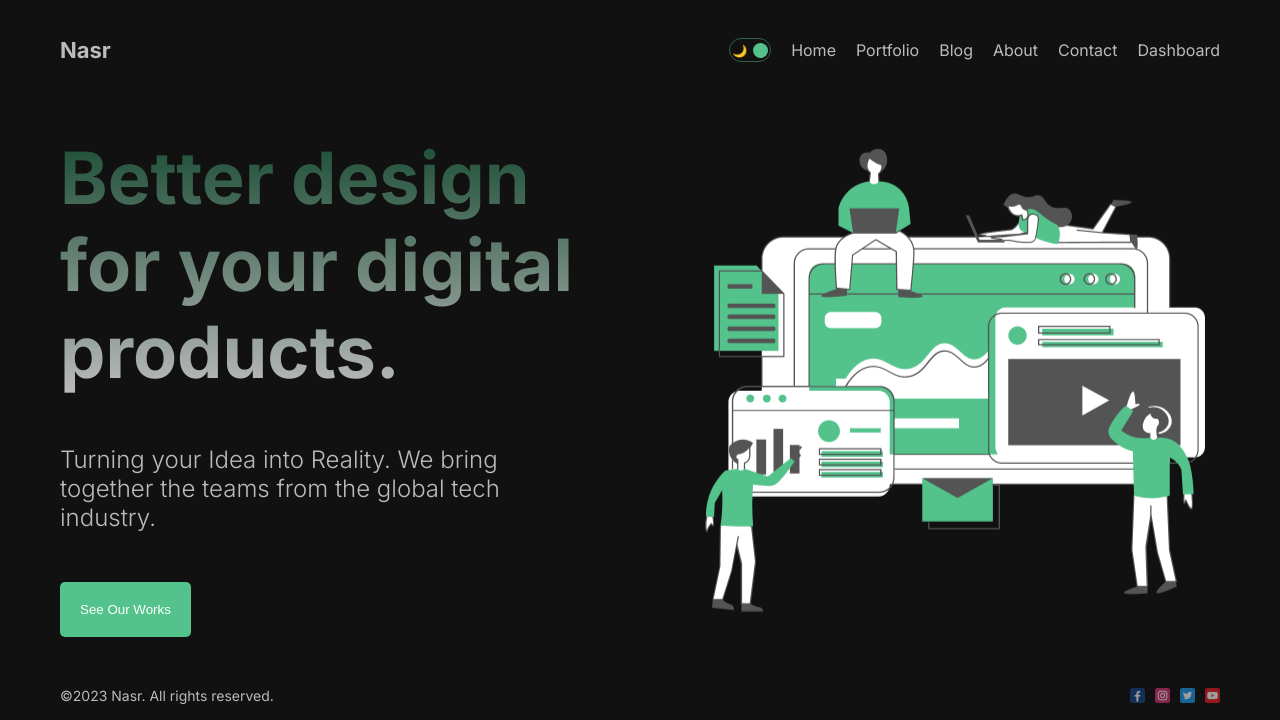
Repository: MoNasr2022/Nast-Blog
Page: /
These files come from the project's save history. The page is drawn as it stood at one moment and after a run of saves; the edit follows.
The browser window is 1280 px wide. The pictures show the whole page.
The page's requests for data from a server got no answer. The project was rebuilt for these pictures with package versions that can differ from the ones it lists, and the page was loaded fresh each time. The framework's server and built-in components were replaced by stand-ins that run in the browser. No one was signed in, and anything a server would have sent is missing. Also part of the build but not shown: next.config.js.

Above is the page before, as saved 2023-06-15 14:19:04.

### src/app/layout.js
import Navbar from "@/components/navbar/Navbar";
import "./globals.css";
import { Inter, Roboto, Poppins } from "next/font/google";
import Footer from "@/components/footer/Footer";
import { ThemeProvider } from "@/context/ThemeContext";
import AuthProvider from "@/components/AuthProvider/AuthProvider";

const inter = Inter({ subsets: ["latin"] });

export const metadata = {
  title: "Nasr Blog",
  description: "This is the description",
};

export default function RootLayout({ children }) {
  return (
    <html lang="en">
      <body className={inter.className}>
        <ThemeProvider>
          <AuthProvider>
            <div className="container">
              <Navbar />
              {children}
              <Footer />
            </div>
          </AuthProvider>
        </ThemeProvider>
      </body>
    </html>
  );
}

### src/components/navbar/Navbar.jsx
"use client";

import Link from "next/link";
import React from "react";
import styles from "./navbar.module.css";
import DarkModeToggle from "../DarkModeToggle/DarkModeToggle";
import { signOut, useSession } from "next-auth/react";

const links = [
  {
    id: 1,
    title: "Home",
    url: "/",
  },
  {
    id: 2,
    title: "Portfolio",
    url: "/portfolio",
  },
  {
    id: 3,
    title: "Blog",
    url: "/blog",
  },
  {
    id: 4,
    title: "About",
    url: "/about",
  },
  {
    id: 5,
    title: "Contact",
    url: "/contact",
  },
  {
    id: 6,
    title: "Dashboard",
    url: "/dashboard",
  },
];

const Navbar = () => {
  const session = useSession();

  return (
    <div className={styles.container}>
      <Link href="/" className={styles.logo}>
        Nasr
      </Link>
      <div className={styles.links}>
        <DarkModeToggle />
        {links.map((link) => (
          <Link key={link.id} href={link.url} className={styles.link}>
            {link.title}
          </Link>
        ))}
        {session.status === "authenticated" && (
          <button className={styles.logout} onClick={signOut}>
            Logout
          </button>
        )}
      </div>
    </div>
  );
};

export default Navbar;

### src/components/footer/Footer.jsx
import React from "react";
import styles from "./footer.module.css";
import Image from "next/image";

const Footer = () => {
  return (
    <div className={styles.container}>
      <div>©2023 Nasr. All rights reserved.</div>
      <div className={styles.social}>
        <Image src="/1.png" width={15} height={15} className={styles.icon} alt="Nasr Facebook Account" />
        <Image src="/2.png" width={15} height={15} className={styles.icon} alt="Nasr" />
        <Image src="/3.png" width={15} height={15} className={styles.icon} alt="Nasr" />
        <Image src="/4.png" width={15} height={15} className={styles.icon} alt="Nasr" />
      </div>
    </div>
  );
};

export default Footer;

### src/app/page.module.css
.container {
  display: flex;
  align-items: center;
  gap: 100px;
}

.item {
  flex: 1;
  display: flex;
  flex-direction: column;
  gap: 50px;
}

.title {
  font-size: 72px;
  background: linear-gradient(to bottom, #194c33, #bbb);
  -webkit-background-clip: text;
  -webkit-text-fill-color: transparent;
}

.img {
  width: 100%;
  height: 500px;
  object-fit: contain;
  animation: move 3s infinite ease alternate;
}

@keyframes move {
  from {
    transform: translateY(-10px);
  }

  to {
    transform: translateY(10px);
  }
}



.desc {
  font-size: 24px;
  font-weight: 300;
}

Loaded but not shown: src/app/page.jsx (common file); src/app/globals.css (common file); src/context/ThemeContext.js (common file); src/components/AuthProvider/AuthProvider.jsx (common file); src/components/Button/Button.jsx (common file); src/components/navbar/navbar.module.css (common file); src/components/DarkModeToggle/DarkModeToggle.jsx (common file); src/components/footer/footer.module.css (common file); src/components/Button/button.module.css (common file); src/components/DarkModeToggle/darkModeToggle.module.css (common file)

After the next 2 saves:
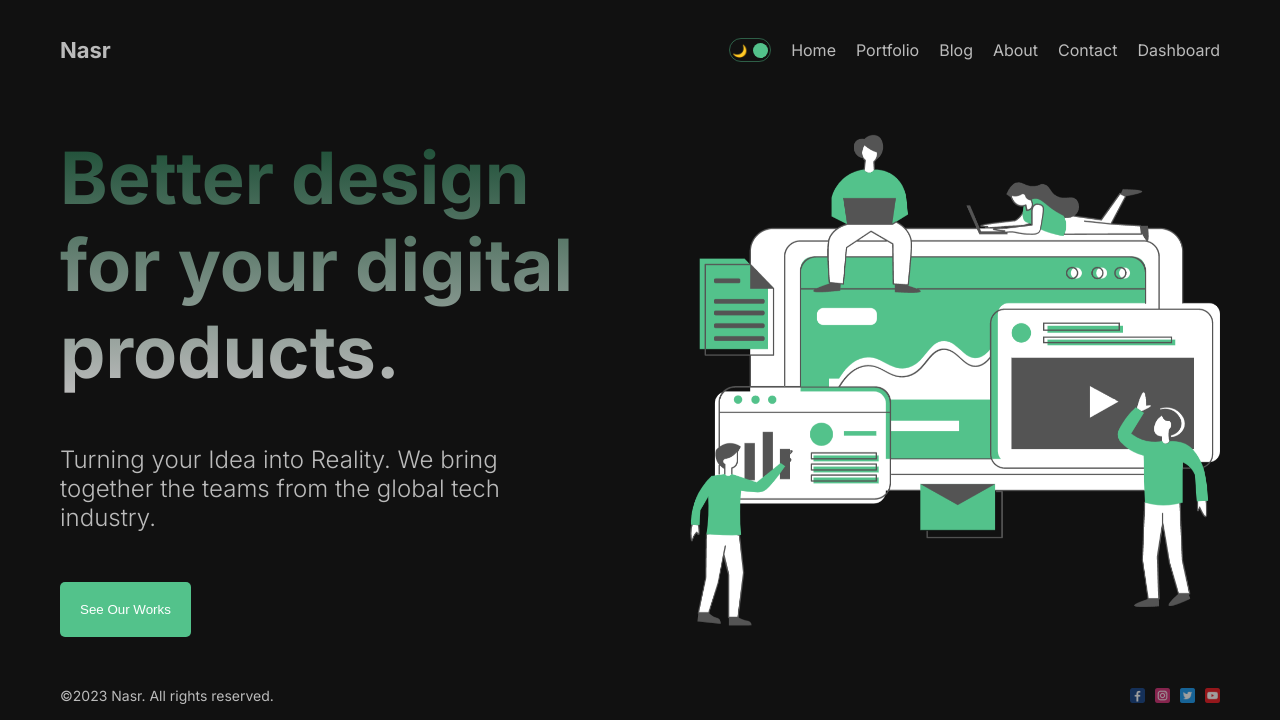
The 2 saves are shown as one change because they came seconds apart.
The last was saved 59 s later.
--- a/src/app/page.module.css
+++ b/src/app/page.module.css
@@ -21,7 +21,7 @@
 .img {
   width: 100%;
   height: 500px;
-  object-fit: contain;
+  object-fit: cover;
   animation: move 3s infinite ease alternate;
 }
 

After the save that followed:
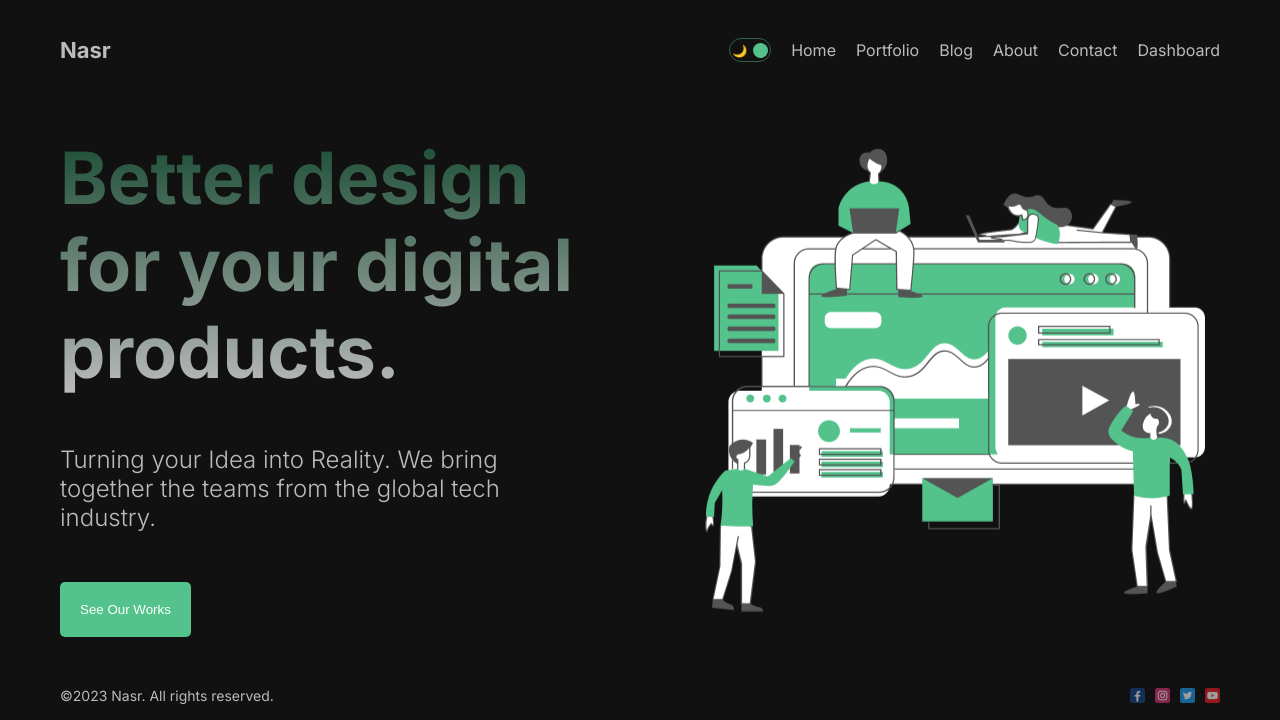
Saved 9 s later.
--- a/src/app/page.module.css
+++ b/src/app/page.module.css
@@ -21,7 +21,7 @@
 .img {
   width: 100%;
   height: 500px;
-  object-fit: cover;
+  object-fit: contain;
   animation: move 3s infinite ease alternate;
 }
 
